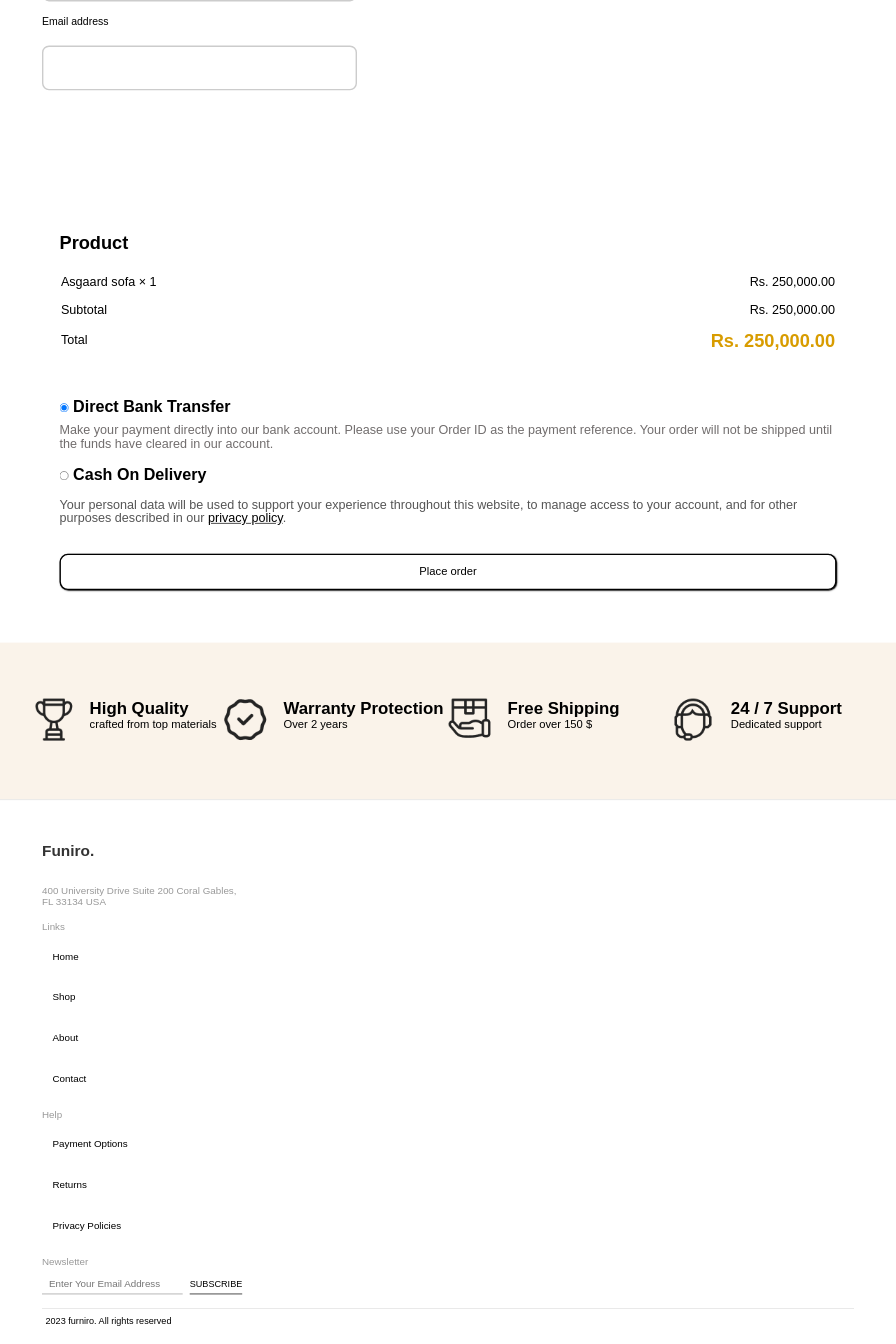
Repository: Ali1Kh/Furniro-ITI
Page: pages/checkout.html
These files come from the project's save history. The page is drawn as it stood at one moment and after the next save; the edit follows.
The browser window is 1280 px wide. The pictures show the part of the page from y = 1210 to 3130 px (the page is 3130 px tall before and 2762 px after), at 70% of full size.

Above is the page before, as saved 2025-07-19 20:49:26.

### pages/checkout.html
<!DOCTYPE html>
<html lang="en">

<head>
  <meta charset="UTF-8">
  <meta name="viewport" content="width=device-width, initial-scale=1.0">
  <title>CheckOut</title>
  <link rel="shortcut icon" href="../assets/icons/Logo.png" type="image/x-icon">
  <link rel="stylesheet" href="../styles/index.css">
  <link rel="stylesheet" href="../styles/checkout.css">
</head>

<body>

  <nav>
    <!-- Navigation -->
    <div class="navBar">
      <div class="text">
        <p>Furniro</p>
      </div>

      <div class="menu-icon" onclick="toggleSidebar()">☰</div>

      <div class="navBarLinks">
        <ul>
          <li><a href="/pages/home.html">Home</a></li>
          <li><a href="/pages/shop.html">Shop</a></li>
          <li><a href="/">About</a></li>
          <li><a href="/pages/contact.html">Contact</a></li>
        </ul>
      </div>

     <div class="navBarIcons">
        <a href="/pages/Compare.html"><i class="fa-solid fa-user"></i></a>
        <a href="/pages/shop.html"><i class="fa-solid fa-magnifying-glass"></i></a>
        <a href="/"><i class="fa-solid fa-heart"></i></a>
        <a href="/pages/checkout.html"><i class="fa-solid fa-cart-plus"></i></a>
      </div>
    </div>


    <!-- Sidebar for mobile -->
    <div class="sidebar" id="sidebar">
      <a href="" onclick="toggleSidebar()">✖</a>
      <a href="">Home</a>
      <a href="/pages/shop.html">Shop</a>
      <a href="/">About</a>
      <a href="/pages/contact.html">Contact</a>
    </div>
  </nav>

  <main class="checkout">
    <div id="home">
      <div class="img-conteaner">
        <img src="../assets/img/Rectangle 1.png" alt="">

        <div class="text-conteaner">
          <img src="../assets/icons/Logo.png" alt="" style="width: 100px;height: 77px;margin-top: -80px; left: 1px; ">
          <h2 style="font-size: 48px; font-family: Poppins; top: 20px;">Checkout</h2>
          <h3 style="top: 30px;left: -11px; "><span style="width: 48;height: 24;top: 295px;left: 660px; ">Home ></span>
            Checkout</h3>
        </div>
      </div>
    </div>

    <div id="content">
      <div class="form">
        <h1 style="font-family: Poppins;font-weight: 600;font-style: SemiBold;font-size: 36px;">Billing details</h1>
        <br><br>
        <form>
          <div class="input" style="width: 200px;">
            <label>First name</label><br>
            <input type="text" name="firatname" id="firatname">
          </div>

          <div class="input" style="width: 200px; position: relative;bottom: 127px;left: 266px;">
            <label>Last name</label><br>
            <input type="text" name="lastname" id="lastname">
          </div>

          <div class="input" style="position: relative; bottom: 90px; width: 450px;">
            <label>Company Name (Optional)</label><br>
            <input type="text" name="Companyname(Optional)" id="Companyname(Optional)">
          </div>

          <div class="input" style="position: relative; bottom: 90px; width: 450px;">
            <label>Country / Region</label><br>
            <select>
              <option></option>
              <option>UK</option>
              <option>Argantina</option>
              <option>Brasil</option>
              <option>Egypt</option>
              <option>USA</option>
            </select>
          </div>

          <div class="input" style="position: relative; bottom: 90px; width: 450px;">
            <label>Street address</label><br>
            <input type="text" name="Streetaddress" id="Streetaddress">
          </div>

          <div class="input" style="position: relative; bottom: 90px; width: 450px;">
            <label>Phone</label><br>
            <input type="number" name="Phone" id="Phone">
          </div>

          <div class="input" style="position: relative; bottom: 90px; width: 450px;">
            <label>Email address</label><br>
            <input type="email" name="Emailaddress" id="Emailaddress">
          </div><br><br>

        </form>
      </div>
      <div class="table">
        <div class="order-summary">
          <h2>Product</h2>
          <table>
            <tr>
              <td>Asgaard sofa × 1</td>
              <td style="text-align: right;">Rs. 250,000.00</td>
            </tr>
            <tr>
              <td>Subtotal</td>
              <td style="text-align: right;">Rs. 250,000.00</td>
            </tr>
            <tr>
              <td>Total</td>
              <td style="text-align: right;" class="total">Rs. 250,000.00</td>
            </tr>
          </table><br><br>

          <div class="payment-methods">
            <label><input type="radio" name="payment" checked> Direct Bank Transfer</label>
            <p>
              Make your payment directly into our bank account. Please use your Order ID as the payment reference. Your
              order will not be shipped until the funds have cleared in our account.
            </p>

            <label><input type="radio" name="payment"> Cash On Delivery</label>
          </div>

          <div class="privacy">
            Your personal data will be used to support your experience throughout this website, to manage access to your
            account, and for other purposes described in our <a href="#">privacy policy</a>.
          </div>

          <button class="btn">Place order</button>
        </div>
      </div>
    </div>

    <div id="quality">
      <div class="1"
        style="display: flex; gap: 1.5rem; padding-top: 80px; padding-bottom: 80px;width: 25%;padding-left: 50px;">
        <div class="l"><img src="../assets/icons/Group copy.png" alt=""></div>
        <div class="r">
          <h2>High Quality</h2>
          <p>crafted from top materials</p>
        </div>

      </div>
      <div class="2" style="display: flex; gap: 1.5rem; padding-top: 80px; padding-bottom: 80px;width: 25%;">
        <div class="l"><img src="../assets/icons/Group (2).png" alt=""></div>
        <div class="r">
          <h2>Warranty Protection</h2>
          <p>Over 2 years</p>
        </div>

      </div>
      <div class="3" style="display: flex; gap: 1.5rem; padding-top: 80px; padding-bottom: 80px;width: 25%;">
        <div class="l"><img src="../assets/icons/Vector (2).png" alt=""></div>
        <div class="r">
          <h2>Free Shipping</h2>
          <p>Order over 150 $</p>
        </div>

      </div>
      <div class="4" style="display: flex; gap: 1.5rem; padding-top: 80px; padding-bottom: 80px;width: 25%;">
        <div class="l"><img src="../assets/icons/customer-support.png" alt=""></div>
        <div class="r">
          <h2>24 / 7 Support</h2>
          <p>Dedicated support</p>
        </div>

      </div>

    </div>
  </main>

  <footer class="footer">
    <div class="footer-container">
      <div class="footer-sec">
        <h2 class="logo">Funiro.</h2>
        <p style="padding-top: 20px;">400 University Drive Suite 200 Coral Gables,<br>FL 33134 USA</p>
      </div>

      <div class="footer-sec">
        <h4>Links</h4>
        <ul>
          <li><a href="#">Home</a></li>
          <li><a href="#">Shop</a></li>
          <li><a href="#">About</a></li>
          <li><a href="#">Contact</a></li>
        </ul>
      </div>

      <div class="footer-sec">
        <h4>Help</h4>
        <ul>
          <li><a href="#">Payment Options</a></li>
          <li><a href="#">Returns</a></li>
          <li><a href="#">Privacy Policies</a></li>
        </ul>
      </div>

      <div class="footer-sec new">
        <h4>Newsletter</h4>
        <div class="subscribe">
          <input type="email" placeholder="Enter Your Email Address">
          <button>SUBSCRIBE</button>
        </div>
      </div>
    </div>

    <div class="footer-bottom">
      <p>2023 furniro. All rights reserved</p>
    </div>
  </footer>

  <script src="../scripts/index.js"></script>

</body>

</html>

### styles/index.css
:root {
  --mainColor: #feeed8;
}

* {
  margin: 0;
  padding: 0;
  box-sizing: border-box;
}

body {
  font-family: "Poppins", sans-serif;
}

.navBar img {
  display: inline;
}

.navBar {
  width: 100%;
  height: 80px;
  display: flex;
  justify-content: space-between;
  align-items: center;
  padding: 0 50px;
  background-color: #fff;
  z-index: 1000;
  position: sticky;
  top: 0;
}

.navBarLinks ul {
  list-style: none;
  display: flex;
  gap: 60px;
}

.navBarLinks a {
  text-decoration: none;
  font-size: 18px;
  color: black;
}

.navBarIcons {
  display: flex;
  gap: 30px;
}

.text p {
  font-weight: bold;
  font-size: 22px;
  color: #b88e2f;
}

/* Sidebar for mobile */
.sidebar {
  height: 100%;
  width: 0;
  position: fixed;
  background-color: #8d8d8d;
  overflow-x: hidden;
  transition: 0.3s;
  padding-top: 60px;
  z-index: 999;
}
.sidebar a {
  padding: 12px 20px;
  text-decoration: none;
  font-size: 20px;
  color: white;
  display: block;
}
.sidebar a:hover {
  background-color: #444;
}

.menu-icon {
  font-size: 28px;
  cursor: pointer;
  display: none;
  padding: 15px;
}

/* Quality */

#quality {
  display: flex;
  background-color: rgba(250, 243, 234, 1);
  width: 100%;
}

/* Page Header */

#pageHeader .imge {
  position: relative;
  width: 100%;
  height: auto;
}

#pageHeader .imge img {
  width: 100%;
  height: auto;
  display: block;
}

#pageHeader .adresIn {
  position: absolute;
  top: 50%;
  left: 50%;
  transform: translate(-50%, -50%);
  color: black;
  text-align: center;
}

#pageHeader .mainP1 {
  font-size: 48px;
}
#pageHeader .scoundP1 {
  font-size: 16px;
}

.footerBox {
  height: 400px;
  width: 100%;
}
.with-line::before,
.with-line::after {
  content: "";
  display: block;
  height: 1px;
  background-color: #c6c6c6;
  margin: 20px auto;
  width: 100%;
}

.with-line::after {
  width: 82%;
}

.infoterbox {
  margin-left: 100px;
  margin-right: 100px;
  display: grid;
  grid-template-columns: 1fr 1fr 1fr 1.5fr;
  gap: 20px;
  padding: 30px;
  color: white;

  height: 100%;
}

.mainFooterBar {
  font-weight: bold;
  font-size: 24px;
  color: #000;
}
.scoundFooterBar {
  font-size: 16px;
  font-weight: 300;
  color: #9f9f9f;
  position: relative;
  top: 40px;
}

.prgraphF {
  position: relative;
  top: 54px;
}

.infoterboxLM a,
.infoterboxRM a {
  display: block;
  margin-top: 55px;
  text-decoration: none;
  color: #000;
  width: 70%;
}

.infoterboxLM p,
.infoterboxRM p,
.prgraphFF p {
  font-size: 16px;
  font-weight: 300;
  color: #9f9f9f;
}

.SUBSCRIBE {
  position: relative;
  top: 53px;
}

.SUBSCRIBE button {
  font-size: 14px;
  font-weight: bold;
  width: 85px;
  height: 21px;
  border: none;
  border-bottom: 1px solid black;
  margin-left: 15px;
  background-color: white;

  cursor: pointer;
}

.SUBSCRIBE input {
  font-size: 14px;
  width: 200px;
  height: 21px;
  color: #9f9f9f;
  border: none;
  border-bottom: 1px solid black;
}

.SUBSCRIBE input:focus {
  outline: none;
}

@media (max-width: 768px) {
  .navBarLinks {
    display: none;
  }
  .menu-icon {
    display: block;
  }
  .navBarIcons {
    display: none;
  }
}

@media (max-width: 767px) {
  .navBarIcons {
    display: none;
  }
}

### styles/checkout.css
* {
  margin: 0;
  padding: 0;
}
.checkout ul {
  list-style: none;
}

.checkout a {
  text-decoration: none;
}

/* start header */

#header {
  background-color: rgb(250, 245, 240);
  border: 1px solid #ccc;
  width: 100%;
  height: 90px;
}
#header .navbar {
  display: flex;
  justify-content: space-between;
  align-items: center;
}
#header .navbar .logo {
  display: flex;
  width: 185;
  height: 41;
  opacity: 1;
  top: 29px;
  left: 54px;
  gap: 5px;
}
#header .navbar img {
  width: 185;
  height: 41px;
  top: 29px;
  left: 54px;
  gap: 5px;
}

/* #header .navbar .imgs{
    width: 300px;
    display: flex;
    position: relative;
    bottom: 10px;
} */

#header .navbar ul {
  display: flex;
}
#header .navbar ul li a {
  position: relative;
  color: black;
  font-size: 25px;
  margin: 0 20px;
  font-weight: bold;
  transition: 0.3s ease;
  bottom: 15px;
}
#header .navbar ul li a:hover {
  color: bisque;
}

/* finish header */

.img-conteaner {
  position: relative;
  width: 100%;
}

.img-conteaner img {
  width: 100%;
  height: 316px;
  top: 100px;
}

.text-conteaner {
  position: absolute;
  top: 50%;
  left: 50%;
  transform: translate(-50%, -50%);
}
.text-conteaner h3 {
  position: relative;
  bottom: 90px;
  left: 40px;
}
.text-conteaner h2 {
  position: relative;
  bottom: 90px;
  left: -50px;
}

/* #content {
  display: flex;
  justify-content: space-between;
  gap: 8rem;
  max-width: 1240px;
  margin: auto;
  padding-top: 100px;
}

.form {
  width: 50%;
} */







#content {
  display: flex;
  justify-content: space-between;
  flex-wrap: wrap; /* مهم جدا */
  gap: 2rem;
  max-width: 1200px;
  margin: auto;
  padding: 50px 20px;
}

.form, .table {
  flex: 1 1 100%; /* هتكون عمودين فوق بعض مبدئياً */
}















.form h1 {
  font-size: 36px;
  font-weight: 600;
  margin-bottom: 30px;
}

form label {
  font-weight: 500;
  margin-bottom: 8px;
  display: block;
  font-size: 15px;
}

form input,
form select {
  width: 100%;
  padding: 22px;
  border: 2px solid #ccc;
  border-radius: 10px;
  font-size: 14px;
}

.input {
  margin-bottom: 20px;
}

.table {
  width: 48%;
}

.order-summary {
  padding: 25px;
}

.order-summary h2 {
  font-size: 26px;
  margin-bottom: 20px;
}

.order-summary table {
  width: 100%;
  margin-bottom: 20px;
}

.order-summary table td {
  padding: 8px 0;
  font-size: 18px;
}

.order-summary .total {
  font-weight: bold;
  color: #d89c00;
  font-size: 26px;
}

.payment-methods label {
  display: block;
  margin-bottom: 10px;
  font-weight: bold;
  font-size: 23px;
}

.payment-methods p {
  font-size: 18px;
  color: #716d6d;
  margin: 10px 0 20px;
  line-height: 1.1;
}

.privacy {
  font-size: 18px;
  color: #555;
  margin: 20px 0;
  line-height: 1.1;
}

.privacy a {
  text-decoration: underline;
  color: black;
}

/* .btn {
  padding: 15px 100px;
  background: #fff;
  border: 2px solid black;
  border-radius: 12px;
  font-size: 16px;
  transition: 0.3s ease;
  margin-left: 100px;
  margin-top: 10px;
  box-shadow: 1px 1px 1px black;
} */




.btn {
  width: 100%;
  padding: 15px;
  background: #fff;
  border: 2px solid black;
  border-radius: 12px;
  font-size: 16px;
  margin-top: 20px;
  box-shadow: 1px 1px 2px black;
}

.btn:hover {
  background-color: #babd8e;
}

.footer {
  background-color: #fff;
  padding: 40px 60px 20px;
  border-top: 1px solid #e0e0e0;
  color: #333;
}

/* .footer-container {
  display: flex;
} */


.footer-sec {
  flex: 1 1 200px;
  margin: 20px 0;
}

.footer-sec h2.logo {
  font-size: 22px;
  font-weight: 700;
  margin-bottom: 15px;
}

.footer-sec h4 {
  font-size: 14px;
  font-weight: 500;
  color: #999;
  margin-bottom: 10px;
}

.footer-sec ul {
  list-style: none;
  padding: 0;
  margin: 0;
}

.footer-sec ul li {
  margin-bottom: 10px;
  padding: 15px;
}

.footer-sec ul li a {
  text-decoration: none;
  color: #000;
  font-size: 14px;
}

.footer-sec p {
  color: #999;
  font-size: 14px;
}

.new .subscribe {
  display: flex;
  gap: 10px;
  margin-top: 10px;
}

.new input {
  padding: 6px 10px;
  font-size: 14px;
  border: none;
  border-bottom: 1px solid #999;
  outline: none;
}

.new button {
  background: none;
  border: none;
  border-bottom: 1px solid #000;
  color: #000;
  font-size: 13px;
  font-weight: 500;
}

.footer-bottom {
  border-top: 1px solid #e0e0e0;
  padding: 5px;
  margin-top: 20px;
  padding-top: 10px;
  text-align: left;
  font-size: 13px;
  color: #000;
}


.navBar {
  display: flex;
  justify-content: space-between;
  align-items: center;
  padding: 20px 40px;
  flex-wrap: wrap;
}

.navBar .menu-icon {
  display: none;
  font-size: 28px;
  cursor: pointer;
}

.navBarLinks ul,
.navBarIcons {
  display: flex;
  gap: 15px;
}

.sidebar {
  display: none;
  position: fixed;
  top: 0;
  right: 0;
  background-color: white;
  width: 250px;
  height: 100%;
  padding: 20px;
  z-index: 999;
  flex-direction: column;
  box-shadow: -2px 0 10px rgba(0,0,0,0.1);
}

.sidebar a {
  display: block;
  padding: 15px;
  font-size: 18px;
  color: #333;
  text-decoration: none;
}

@media (max-width: 768px) {
  .navBarLinks,
  .navBarIcons {
    display: none;
  }

  .menu-icon {
    display: block;
  }

  .sidebar {
    display: flex;
  }

   .form, .table {
    flex: 1 1 48%;
  }

    .btn {
    width: auto;
    padding: 15px 100px;
    margin-left: 100px;
  }
}

### scripts/index.js
function toggleSidebar() {
  const sidebar = document.getElementById("sidebar");
  if (sidebar.style.width === "250px") {
    sidebar.style.width = "0";
  } else {
    sidebar.style.width = "250px";
  }
}

function toggleSidebar() {
  const sidebar = document.getElementById("sidebar");
  if (sidebar.style.display === "flex") {
    sidebar.style.display = "none";
  } else {
    sidebar.style.display = "flex";
  }
}

After the next save:
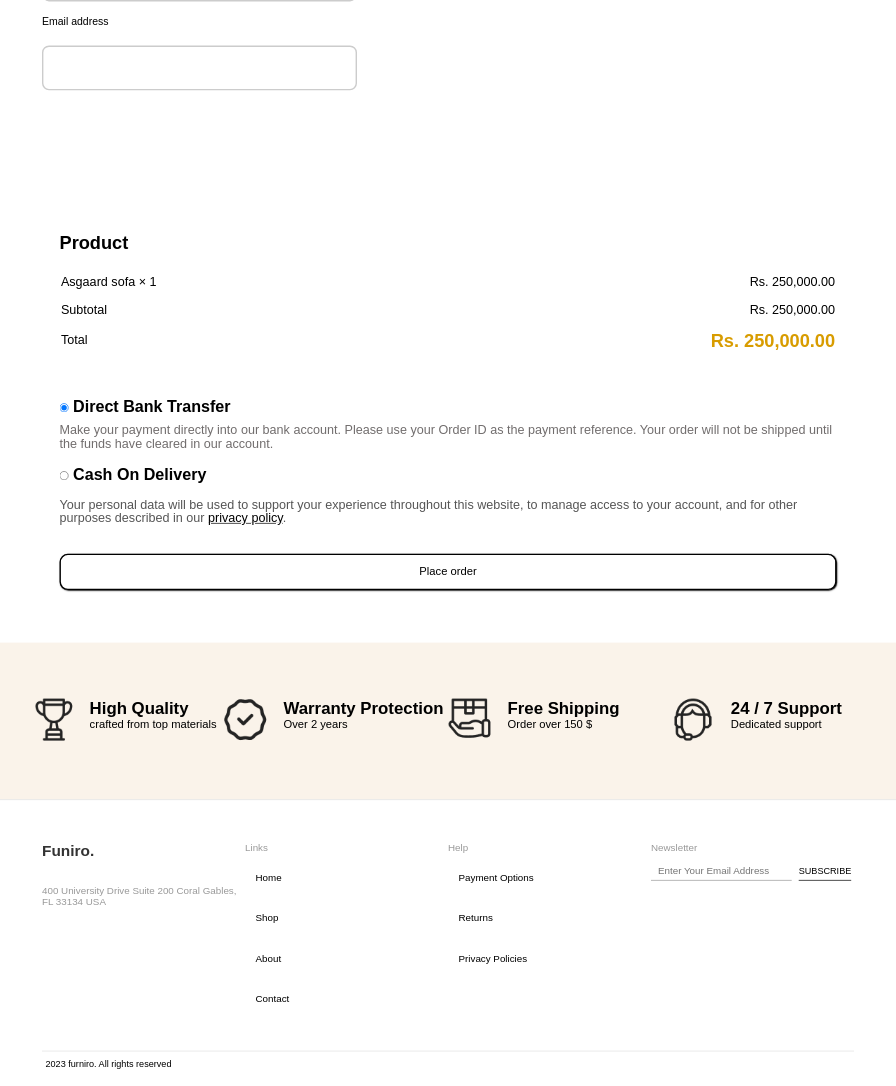
Saved 4 s later.
--- a/styles/checkout.css
+++ b/styles/checkout.css
@@ -258,10 +258,9 @@ form select {
   color: #333;
 }
 
-/* .footer-container {
-  display: flex;
-} */
-
+.footer-container {
+  display: flex;
+}
 
 .footer-sec {
   flex: 1 1 200px;
